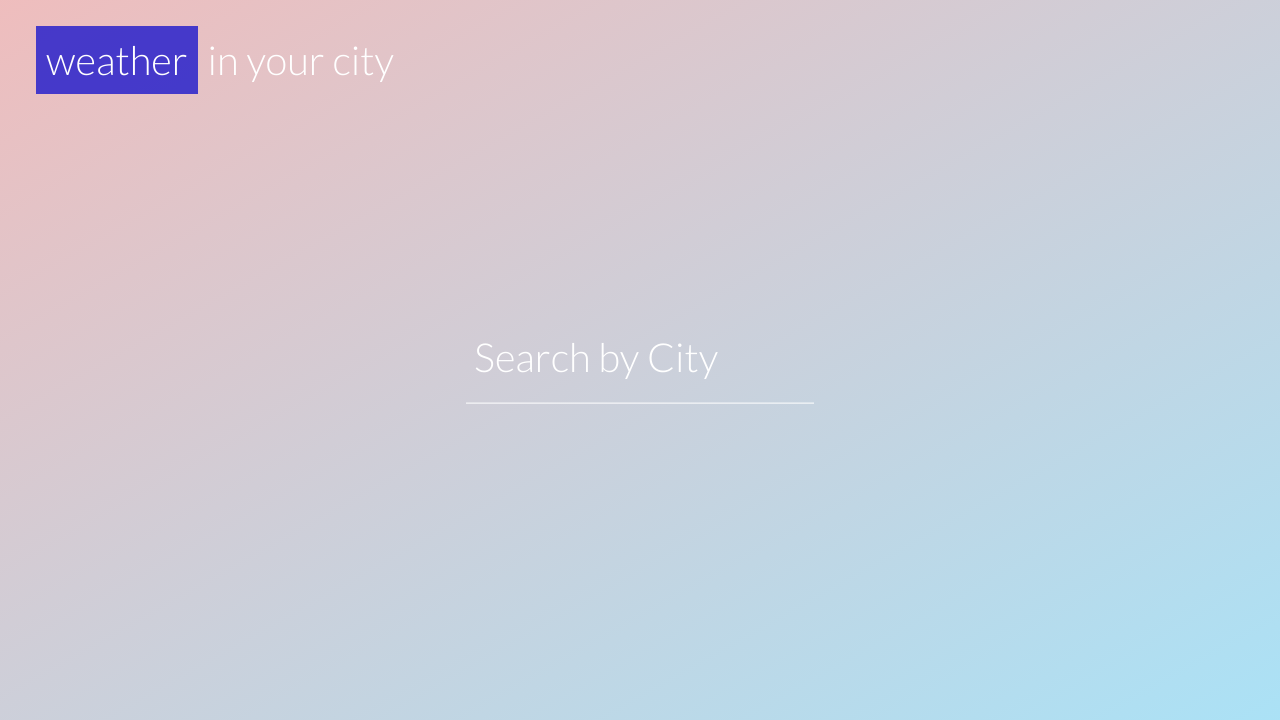
Repository: nosplashurinal/weather-app
Page: /
These files come from the project's save history. The page is drawn as it stood at one moment and after a run of saves; the edit follows.
The browser window is 1280 px wide. The pictures show the whole page.
The project was rebuilt for these pictures with package versions that can differ from the ones it lists, and the page was loaded fresh each time. Also part of the build but not shown: src/components/WeatherDataBlock.vue.

Above is the page before, as saved 2018-12-29 00:44:17.

After the next 6 saves:
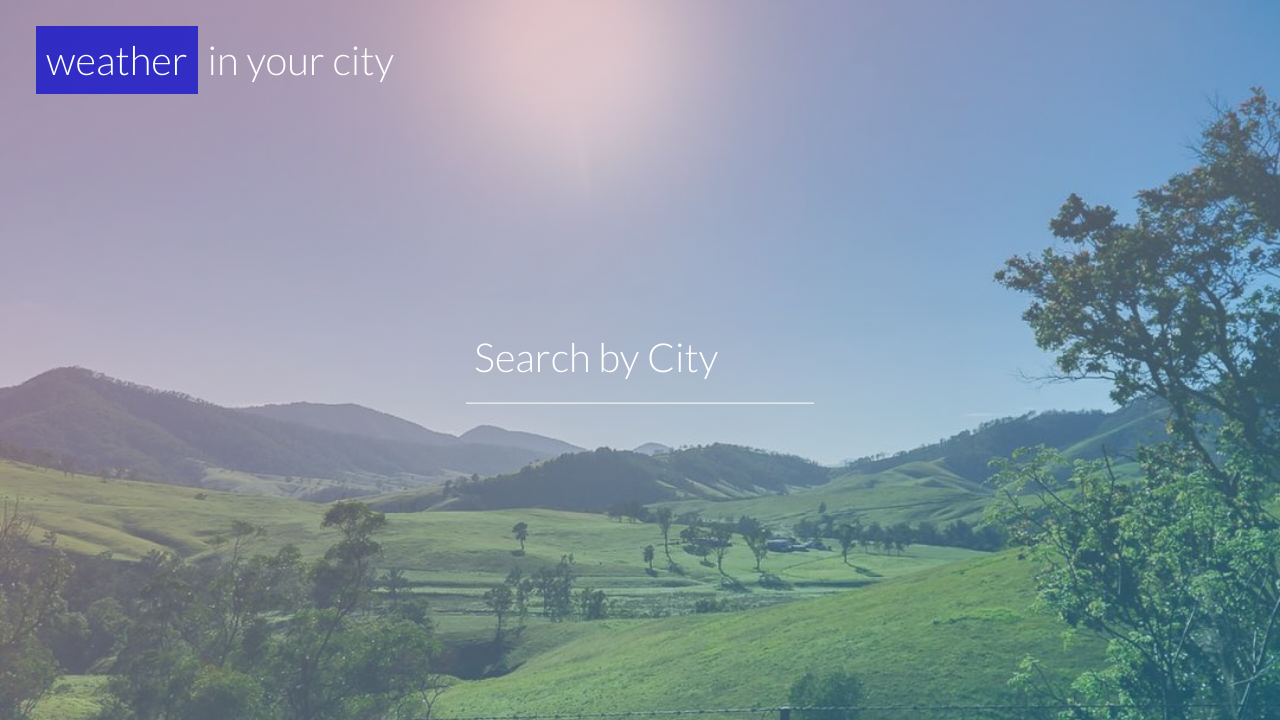
The 6 saves are shown as one change because 5 did not build or start.
The last was saved 4 min 36 s later.
--- a/src/App.vue
+++ b/src/App.vue
@@ -1,6 +1,6 @@
 <template>
   <div class="root-container">
-    <div class="bg"></div>
+    <div class="bg" v-bind:style="{backgroundImage: 'url(/images/bg.jpg)'}"></div>
     <div class="overlay"></div>
     <div class="title">
       <span>weather</span>
